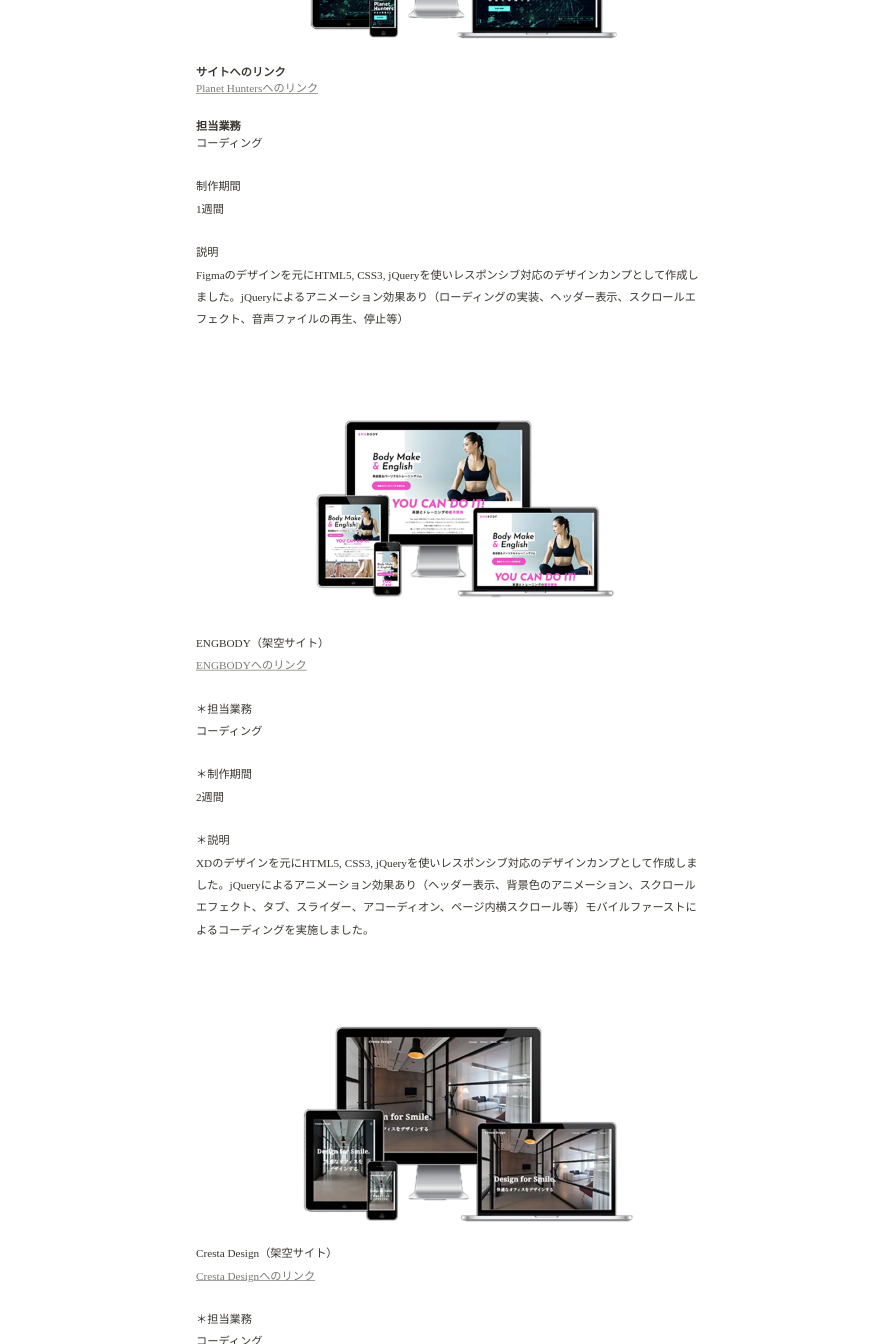
Repository: tetishi/my-portfolio
Page: index.html
The author's editor kept a copy of each file at every save. The page is drawn from the files as they stood at one save, then again after a run of saves.
The browser window is 1280 px wide. The pictures show the part of the page from y = 4197 to 6117 px (the page is 11579 px tall before and 11563 px after), at 70% of full size.
The style sheet was rebuilt from its Sass, Less or Tailwind sources for each picture, by a compiler version that may differ from the author's.

Above is the page before, as saved 2024-05-19 15:50:59.

### index.html
<!DOCTYPE html>
<html lang="ja">

<head>
    <meta name="robots" content="noindex">
    <meta charset="UTF-8">
    <meta name="viewport" content="width=device-width, initial-scale=1.0">
    <meta http-equiv="X-UA-Compatible" content="ie=edge">
    <meta property="og:title" content="石田哲朗のポートフォリオ" />
    <meta property="og:type" content="website" />
    <meta property="og:url" content="http://tetsuroishida.com/" />
    <meta property="og:image" content="#" />
    <meta property="og:site_name" content="ポートフォリオ" />
    <meta property="og:description" content="石田哲朗のポートフォリオです。過去の作品、スキル、使用ツール、自己紹介を掲載しております。" />
    <title>石田哲朗のポートフォリオ</title>
    <link rel="stylesheet" href="reset.css">
    <link rel="stylesheet" href="style.css">
    <link rel="icon" href="img/favicon.ico">
</head>

<body>
    <header class="header">
        <div class="header-inner">
            <h1 class="logo">
                <a href="/">
                    <img class="logo_img" src="img/favicon.png" alt="">
                </a>
            </h1>
            <nav class="header-nav">
                <ul class="header-ul">
                    <li class="header-li">
                        <a href="#">過去の作品</a>
                    </li>
                    <li class="header-li">
                        <a href="#">スキル</a>
                    </li>
                    <li class="header-li">
                        <a href="#">使用ツール</a>
                    </li>
                    <li class="header-li">
                        <a href="#">私について</a>
                    </li>
                </ul>
            </nav>
            <button class="mobile-menu_btn">
                <span></span>
                <span></span>
                <span></span>
            </button>
            <div class="mobile-header">
                <nav class="mobile-header_nav">
                    <ul class="mobile-header_ul">
                        <li class="mobile-header_li">
                            <a href="#">過去の作品</a>
                        </li>
                        <li class="mobile-header_li">
                            <a href="#">スキル</a>
                        </li>
                        <li class="mobile-header_li">
                            <a href="#">使用ツール</a>
                        </li>
                        <li class="mobile-header_li">
                            <a href="#">私について</a>
                        </li>
                    </ul>
                </nav>
            </div>
        </div>
    </header>

    <main>

        <section>
            <!-- ここ記入 -->
            <h1>ポートフォリオ<br class="d-none">（石田 哲朗）</h1>
            <p>お忙しい中 ご覧頂きありがとうございます。</p>
            <p>以下、過去の作品でございます。</p>
            <!-- ここ記入 -->
            <!-- <p>ベーシック認証がかかっているものは<br>ID aaa<br>パスワード aaa<br> です。</p> -->
        </section>
        <section>

            <h2>過去の作品</h2>
            <h3 class="sub-tit">LP作成</h3>

            <!-- １作品目 -->
            <div class="work">
                <!-- ここ記入 -->
                <h3 class="work_tit">UNIVERSAL HOLDINGS様／山中湖オリオン</h3>

                <!-- サイトのイメージ写真を入れます -->
                <a class="work_img-link" target="_blank" href="https://orion.universalholdings.jp/">
                    <picture>
                        <source srcset="img/universal-holdings@2x.webp" type="image/webp">
                        <img src="img/universal-holdings@2x.png">
                    </picture>
                </a>
                <p>
                    UNIVERSAL HOLDINGS様の貸別荘ビジネス「山中湖オリオン」についてのLP（ランディングページ）を制作致しました。<br>
                    「山中湖オリオン」は優れた強固な構造が特徴で、長期の運用が可能なフィンランドログを使用した貸別荘です。<br>
                </p>
                <h3 class="details">サイトへのリンク</h3>
                <!-- ここ記入 -->
                <p class="work_link"><a target="_blank" rel="noopener noreferrer" href="https://orion.universalholdings.jp/">UNIVERSAL HOLDINGS様／山中湖オリオンのLPへのリンク</a></p>
                <p class="work_link"><a target="_blank" rel="noopener noreferrer" href="https://orion-salon.universalholdings.jp/">UNIVERSAL HOLDINGS様／山中湖オリオン ABテスト用LPへのリンク</a></p>

                <h3 class="details">担当業務</h3>
                <p>コーディング / WordPress</p>
                <h3 class="details">サイトの目的</h3>
                <p>共同事業パートナーの募集 / 事業の認知</p>
                <h3 class="details">制作期間</h3>
                <!-- ここ記入 -->
                <p>約5日（コーディング / WordPress）</p>
                <h3 class="details">説明</h3>
                <!-- ここ記入 -->
                <p>
                    UNIVERSAL HOLDINGS様の貸別荘ビジネス「山中湖オリオン」についてのLP（ランディングページ）を制作致しました。<br>
                    「山中湖オリオン」は優れた強固な構造が特徴で、長期の運用が可能なフィンランドログを使用した貸別荘です。<br>
                    デザインパートナーにてデザインを作成、Photoshopのデザインを元にHTML5, CSS3, JavaScript(jQuery)を使用しLPをコーディング、WordPress化致しました。<br>
                    ・ユーザーにとってクリックしやすくなるように、ボタンは光るようにコーディングしております。<br>
                    ・ABテスト用に一部異なるデザインのLPも制作致しました。
                </p>
            </div>


            <!-- 2作品目 -->
            <div class="work">
                <!-- ここ記入 -->
                <h3 class="work_tit">合同会社シュアーズ様／AIオートメーションシステムのLP</h3>

                <!-- サイトのイメージ写真を入れます -->
                <a class="work_img-link" target="_blank" href="https://sedori-go.com/automation-b/">
                    <picture>
                        <source srcset="img/automation-b@2x.webp" type="image/webp">
                        <img src="img/automation-b@2x.png">
                    </picture>
                </a>
                <!-- ここ記入 -->
                <p>
                    合同会社シュアーズ様のAIオートメーションシステムについてのLP（ランディングページ）を制作致しました。<br>
                    平凡なサラリーマンがネット販売で独立を叶え、起業初年度に「1億円」を叶えた特効薬（秘密）を初公開しております。
                </p>

                <h3 class="details">サイトへのリンク</h3>
                <p class="work_link"><a target="_blank" rel="noopener noreferrer" href="https://sedori-go.com/automation-b/">AIオートメーションシステムのLPへのリンク</a></p>

                <h3 class="details">担当業務</h3>
                <p>コーディング / ディレクション</p>

                <h3 class="details">サイトの目的</h3>
                <p>サービスの認知 / 新規クライアントの獲得</p>

                <h3 class="details">制作期間</h3>
                <!-- ここ記入 -->
                <p>5日（コーディング / ディレクション）</p>

                <h3 class="details">説明</h3>
                <!-- ここ記入 -->
                <p>デザインパートナーにてデザインを作成、Figmaのデザインを元にHTML5、CSS3、JavaScript（jQuery）を使いレスポンシブ対応のLPを制作致しました。<br>
                    ・MyASPを使用し、メール配信機能を実装しました。<br>
                    ・お客様とデザイナーの間に立ち、お客様のご要望が上手くデザイナーに伝わるように、ディレクション業務も行いました。
                </p>
            </div>

            <!-- 3作品目 -->
            <div class="work">
                <h3 class="work_tit">合同会社シュアーズ様／AIオートメーションのLP</h3>

                <!-- サイトのイメージ写真を入れます -->
                <a class="work_img-link" target="_blank" href="https://sedori-go.com/automationlp/">
                    <picture>
                        <source srcset="img/automation-a@2x.webp" type="image/webp">
                        <img src="img/automation-a@2x.png">
                    </picture>
                </a>
                <!-- ここ記入 -->
                <p>
                    合同会社シュアーズ様のAIオートメーションシステムについてのLP（ランディングページ）を制作致しました。<br>
                    自分でリサーチしない、勝手に利益商品をみつけてくれるAIオートメーションシステムです。
                </p>

                <h3 class="details">サイトへのリンク</h3>
                <p class="work_link"><a target="_blank" rel="noopener noreferrer" href="https://sedori-go.com/automationlp/">AIオートメーションのLPへのリンク</a></p>

                <h3 class="details">担当業務</h3>
                <p>コーディング / ディレクション</p>

                <h3 class="details">サイトの目的</h3>
                <p>サービスの認知 / 新規クライアントの獲得</p>

                <h3 class="details">制作期間</h3>
                <!-- ここ記入 -->
                <!-- <p>11日（6日デザイン、5日コーディング）</p> -->
                <p>5日（コーディング / ディレクション）</p>

                <h3 class="details">説明</h3>
                <!-- ここ記入 -->
                <p>デザインパートナーにてデザインを作成、Figmaのデザインを元にHTML5、CSS3、JavaScript（jQuery）を使いレスポンシブ対応のLPを制作致しました。<br>
                    ・MyASPを使用し、メール配信機能を実装しました。<br>
                    ・お客様とデザイナーの間に立ち、お客様のご要望が上手くデザイナーに伝わるように、ディレクション業務も行いました。
                </p>
            </div>

            <!-- 4作品目 -->
            <div class="work">
                <!-- ここ記入 -->
                <h3 class="work_tit">Planet Hunters（架空サイト）</h3>

                <!-- サイトのイメージ写真を入れます -->
                <a class="work_img-link" target="_blank" href="https://tetishi.github.io/planet-hunters/">
                    <picture>
                        <source srcset="img/planet-hunters@2x.webp" type="image/webp">
                        <img src="img/planet-hunters@2x.png">
                    </picture>
                </a>
                <!-- ここ記入 -->
                <h3 class="details">サイトへのリンク</h3>
                <p class="work_link"><a target="_blank" rel="noopener noreferrer" href="https://tetishi.github.io/planet-hunters/">Planet Huntersへのリンク</a></p>

                <h3 class="details">担当業務</h3>
                <p>コーディング</p>
                <p class="details">制作期間</p>
                <!-- ここ記入 -->
                <p>1週間</p>
                <p class="details">説明</p>
                <!-- ここ記入 -->
                <p>Figmaのデザインを元にHTML5, CSS3, jQueryを使いレスポンシブ対応のデザインカンプとして作成しました。jQueryによるアニメーション効果あり（ローディングの実装、ヘッダー表示、スクロールエフェクト、音声ファイルの再生、停止等）</p>
            </div>

            <!-- 5作品目 -->
            <div class="work">
                <!-- サイトのイメージ写真を入れます -->
                <picture>
                    <source srcset="img/engbody@2x.webp" type="image/webp">
                    <img src="img/engbody@2x.png">
                </picture>
                <!-- ここ記入 -->
                <p class="work_tit">ENGBODY（架空サイト）</p>
                <!-- ここ記入 -->
                <p class="work_link"><a target="_blank" rel="noopener noreferrer" href="https://tetishi.github.io/engbody/">ENGBODYへのリンク</a></p>
                <p class="details">＊担当業務</p>
                <p>コーディング</p>
                <p class="details">＊制作期間</p>
                <!-- ここ記入 -->
                <p>2週間</p>
                <p class="details">＊説明</p>
                <!-- ここ記入 -->
                <p>XDのデザインを元にHTML5, CSS3, jQueryを使いレスポンシブ対応のデザインカンプとして作成しました。jQueryによるアニメーション効果あり（ヘッダー表示、背景色のアニメーション、スクロールエフェクト、タブ、スライダー、アコーディオン、ページ内横スクロール等）モバイルファーストによるコーディングを実施しました。</p>
            </div>

            <!-- 　6作品目 -->
            <div class="work">
                <!-- サイトのイメージ写真を入れます -->
                <picture>
                    <source srcset="img/cresta-design@2x.webp" type="image/webp">
                    <img src="img/cresta-design@2x.png">
                </picture>
                <!-- ここ記入 -->
                <p class="work_tit">Cresta Design（架空サイト）</p>
                <!-- ここ記入 -->
                <p class="work_link"><a target="_blank" rel="noopener noreferrer" href="https://tetishi.github.io/cresta-design/">Cresta Designへのリンク</a></p>
                <p class="details">＊担当業務</p>
                <p>コーディング</p>
                <p class="details">＊制作期間</p>
                <!-- ここ記入 -->
                <p>2週間</p>
                <p class="details">＊説明</p>
                <!-- ここ記入 -->
                <p>XDのデザインを元にHTML5, CSS3, jQueryを使いレスポンシブ対応のデザインカンプとして作成しました。jQueryによるアニメーション効果あり（ハンバーガーメニュー、ページ内スクロールボタン）</p>
            </div>

            <!-- 　7作品目 -->
            <div class="work">
                <!-- サイトのイメージ写真を入れます -->
                <picture>
                    <source srcset="img/wdc@2x.webp" type="image/webp">
                    <img src="img/wdc@2x.png">
                </picture>
                <!-- ここ記入 -->
                <p class="work_tit">WDC（架空サイト）</p>
                <!-- ここ記入 -->
                <p class="work_link"><a target="_blank" rel="noopener noreferrer" href="https://tetishi.github.io/wdc/">WDCへのリンク</a></p>
                <p class="details">＊担当業務</p>
                <p>コーディング</p>
                <p class="details">＊制作期間</p>
                <!-- ここ記入 -->
                <p>2週間</p>
                <p class="details">＊説明</p>
                <!-- ここ記入 -->
                <p>XDのデザインを元にHTML5, CSS3, jQueryを使いレスポンシブ対応のデザインカンプとして作成しました。jQueryによるアニメーション効果あり（ページ内スクロールボタン、トップに戻るボタン）</p>
            </div>

            <!-- 　8作品目 -->
            <div class="work">
                <!-- サイトのイメージ写真を入れます -->
                <picture>
                    <source srcset="img/munchkin@2x.webp" type="image/webp">
                    <img src="img/munchkin@2x.png">
                </picture>
                <!-- ここ記入 -->
                <p class="work_tit">MUNCHKIN（架空サイト）</p>
                <!-- ここ記入 -->
                <p class="work_link"><a target="_blank" rel="noopener noreferrer" href="https://tetishi.github.io/munchkin2/">MUNCHKINへのリンク</a></p>
                <p class="details">＊担当業務</p>
                <p>コーディング</p>
                <p class="details">＊制作期間</p>
                <!-- ここ記入 -->
                <p>1週間</p>
                <p class="details">＊説明</p>
                <!-- ここ記入 -->
                <p>XDのデザインを元にHTML5, CSS3, jQueryを使いレスポンシブ対応のデザインカンプとして作成しました。jQueryによるアニメーション効果あり（ハンバーガーメニュー、スクロールボタン）</p>
            </div>


            <h3 class="sub-tit">コーポレイトサイト作成</h3>
            <!-- 　1作品目 -->
            <div class="work">
                <!-- サイトのイメージ写真を入れます -->
                <picture>
                    <source srcset="img/pon-design@2x.webp" type="image/webp">
                    <img src="img/pon-design@2x.png">
                </picture>
                <!-- ここ記入 -->
                <p class="work_tit">PON DESIGN（架空サイト）</p>
                <!-- ここ記入 -->
                <p class="work_link"><a target="_blank" rel="noopener noreferrer" href="https://tetishi.github.io/pon-design/">PON DESIGNへのリンク</a></p>
                <p class="details">＊担当業務</p>
                <p>コーディング</p>
                <p class="details">＊制作期間</p>
                <!-- ここ記入 -->
                <p>約18日</p>
                <p class="details">＊説明</p>
                <!-- ここ記入 -->
                <p>XDのデザインを元にHTML5, CSS3, jQueryを使いレスポンシブ対応のデザインカンプとして作成しました。jQueryによるアニメーション効果あり（ハンバーガーメニュー、スライダー等）</p>
            </div>


            <!-- 　2作品目 -->
            <div class="work">
                <!-- サイトのイメージ写真を入れます -->
                <picture>
                    <source srcset="img/start@2x.webp" type="image/webp">
                    <img src="img/start@2x.png">
                </picture>
                <!-- ここ記入 -->
                <p class="work_tit">START（架空サイト）</p>
                <!-- ここ記入 -->
                <p class="work_link"><a target="_blank" rel="noopener noreferrer" href="https://tetishi.github.io/">STARTへのリンク</a></p>
                <p class="details">＊担当業務</p>
                <p>コーディング</p>
                <p class="details">＊制作期間</p>
                <!-- ここ記入 -->
                <p>1週間</p>
                <p class="details">＊説明</p>
                <!-- ここ記入 -->
                <p>XDのデザインを元にHTML5, CSS3, jQueryを使いレスポンシブ対応のデザインカンプとして作成しました。jQueryによるアニメーション効果あり（ハンバーガーメニュー）</p>
            </div>

            <!-- <div class="work"> -->
                <!-- サイトのイメージ写真を入れます -->
                <!-- <picture>
                    <source srcset="img/#" type="image/webp">
                    <img src="img/#">
                </picture> -->
                <!-- ここ記入 -->
                <!-- <p class="work_tit">ここに作品のタイトルを入れます</p> -->
                <!-- ここ記入 -->
                <!-- <p class="work_link"><a target="_blank" rel="noopener noreferrer" href="#">ここにリンクを入れます</a></p>
                <p class="details">＊担当業務</p>
                <p>コーディング</p>
                <p class="details">＊制作期間</p> -->
                <!-- ここ記入 -->
                <!-- <p>○週間</p>
                <p class="details">＊説明</p> -->
                <!-- ここ記入 -->
                <!-- <p>ここに説明文を入れます</p>
            </div> -->


        </section>
        <section>
            <h2>スキル</h2>
            <h3 class="info-tit">使用言語</h3>
            <p>HTML / CSS / Sass / Javascript / SEO / PHP</p>
            <h3 class="info-tit">フレ-ムワーク</h3>
            <p>jQuery / WordPress</p>
        </section>
        <section>
            <h2>使用ツール</h2>
            <h3 class="info-tit">エディター</h3>
            <p>Visual Studio Code</p>
            <h3 class="info-tit">テストサーバー</h3>
            <p>シン・クラウド for Free / エックスフリー</p>
            <h3 class="info-tit">バージョン管理ツール</h3>
            <p>GitHub</p>
            <h3 class="info-tit">連絡ツール</h3>
            <p>slack / Chatwork</p>
        </section>
        <section>
            <h2>私について</h2>
            <!-- 自分の写真を入れます -->
            <picture>
                <source srcset="img/myself.webp" type="image/webp">
                <img class="people" src="img/myself.jpeg">
            </picture>
            <!-- <img class="people" src="img/myself.jpeg"> -->
            <h3 class="info-tit">名前</h3>
            <!-- ここ記入 -->
            <p>石田 哲朗</p>
            <h3 class="info-tit">生年月日</h3>
            <!-- ここ記入 -->
            <p>1992年11月12日</p>
            <h3 class="info-tit">出身</h3>
            <!-- ここ記入 -->
            <p>奈良県</p>
            <h3 class="info-tit">経歴</h3>
            <!-- ここ記入 -->
            <ul class="carrier-list">
                <li class="carrier-item">
                    <p class="carrier-year">2015</p>
                    <p class="carrier-content">大阪の大学を経済学部で卒業</p>
                </li>
                <li class="carrier-item">
                    <p class="carrier-year">2015 - 2017</p>
                    <p class="carrier-content">アメリカ、ロサンゼルスの語学学校で英語を学ぶ</p>
                </li>
                <li class="carrier-item">
                    <p class="carrier-year">2017 - 2019</p>
                    <p class="carrier-content">カリフォルニア州オークランドにあるLaney Collegeにてコンピュータプログラミング専攻し卒業</p>
                </li>
                <li class="carrier-item">
                    <p class="carrier-year">2019</p>
                    <p class="carrier-content">フリーランスのWebエンジニアとして活動</p>
                </li>
                <li class="carrier-item">
                    <p class="carrier-year">2019 - 2020</p>
                    <p class="carrier-content">プログラミングスクールにてRuby on Ralisなどを学び実際に業務としてWeb開発を実施</p>
                </li>
                <li class="carrier-item">
                    <p class="carrier-year">2021 ~ 2023</p>
                    <p class="carrier-content">ネットワークエンジニアとして勤務</p>
                </li>
                <li class="carrier-item">
                    <p class="carrier-year">2022 ~ 現在</p>
                    <p class="carrier-content">フリーランスのWebエンジニアとして活動中</p>
                </li>
            </ul>
        </section>



    </main>

    <footer class="footer">
        <div class="footer-copyright">
            <p>
                © 2023 Tetsuro Ishida's portfolio All rights reserved
            </p>
        </div>
    </footer>

</body>

</html>

### reset.css
/*
html5doctor.com Reset Stylesheet
v1.6.1
Last Updated: 2010-09-17
Author: Richard Clark - http://richclarkdesign.com
Twitter: @rich_clark
*/

html,
body,
div,
span,
object,
iframe,
h1,
h2,
h3,
h4,
h5,
h6,
p,
blockquote,
pre,
abbr,
address,
cite,
code,
del,
dfn,
em,
img,
ins,
kbd,
q,
samp,
small,
strong,
sub,
sup,
var,
b,
i,
dl,
dt,
dd,
ol,
ul,
li,
fieldset,
form,
label,
legend,
table,
caption,
tbody,
tfoot,
thead,
tr,
th,
td,
article,
aside,
canvas,
details,
figcaption,
figure,
footer,
header,
hgroup,
menu,
nav,
section,
summary,
time,
mark,
audio,
video {
    margin: 0;
    padding: 0;
    border: 0;
    outline: 0;
    font-size: 100%;
    vertical-align: baseline;
    background: transparent;
}

body {
    line-height: 1;
}

article,
aside,
details,
figcaption,
figure,
footer,
header,
hgroup,
menu,
nav,
section {
    display: block;
}

nav ul {
    list-style: none;
}

blockquote,
q {
    quotes: none;
}

blockquote:before,
blockquote:after,
q:before,
q:after {
    content: '';
    content: none;
}

a {
    margin: 0;
    padding: 0;
    font-size: 100%;
    vertical-align: baseline;
    background: transparent;
}


/* change colours to suit your needs */

ins {
    background-color: #ff9;
    color: #000;
    text-decoration: none;
}


/* change colours to suit your needs */

mark {
    background-color: #ff9;
    color: #000;
    font-style: italic;
    font-weight: bold;
}

del {
    text-decoration: line-through;
}

abbr[title],
dfn[title] {
    border-bottom: 1px dotted;
    cursor: help;
}

table {
    border-collapse: collapse;
    border-spacing: 0;
}


/* change border colour to suit your needs */

hr {
    display: block;
    height: 1px;
    border: 0;
    border-top: 1px solid #cccccc;
    margin: 1em 0;
    padding: 0;
}

input,
select {
    vertical-align: middle;
}


/*end reset css*/

Loaded but not shown: style.scss (210 lines, source omitted)

After the next 3 saves:
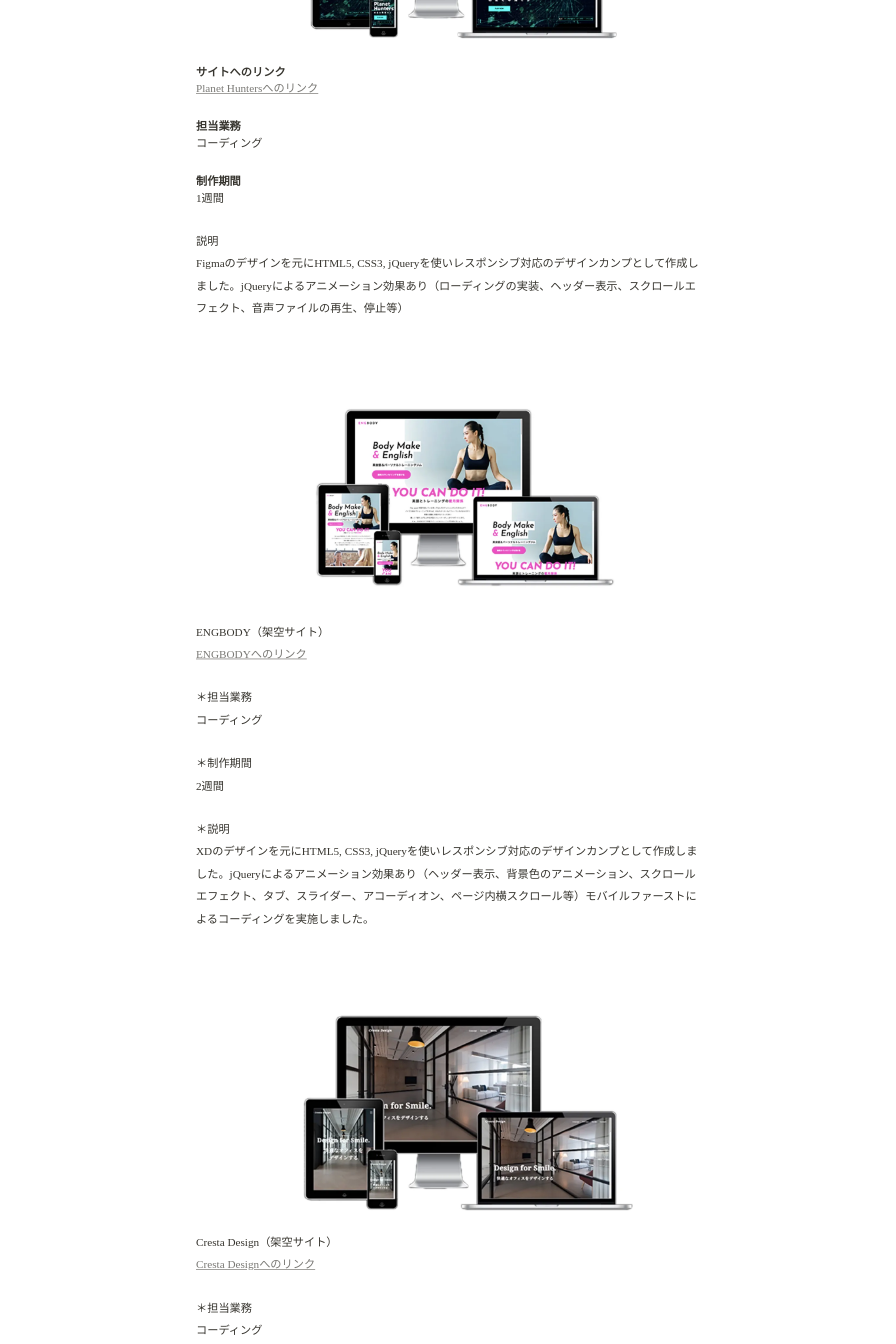
The 3 saves are shown as one change because they came seconds apart.
The last was saved 11 s later.
--- a/index.html
+++ b/index.html
@@ -219,7 +219,8 @@
 
                 <h3 class="details">担当業務</h3>
                 <p>コーディング</p>
-                <p class="details">制作期間</p>
+
+                <h3 class="details">制作期間</h3>
                 <!-- ここ記入 -->
                 <p>1週間</p>
                 <p class="details">説明</p>
